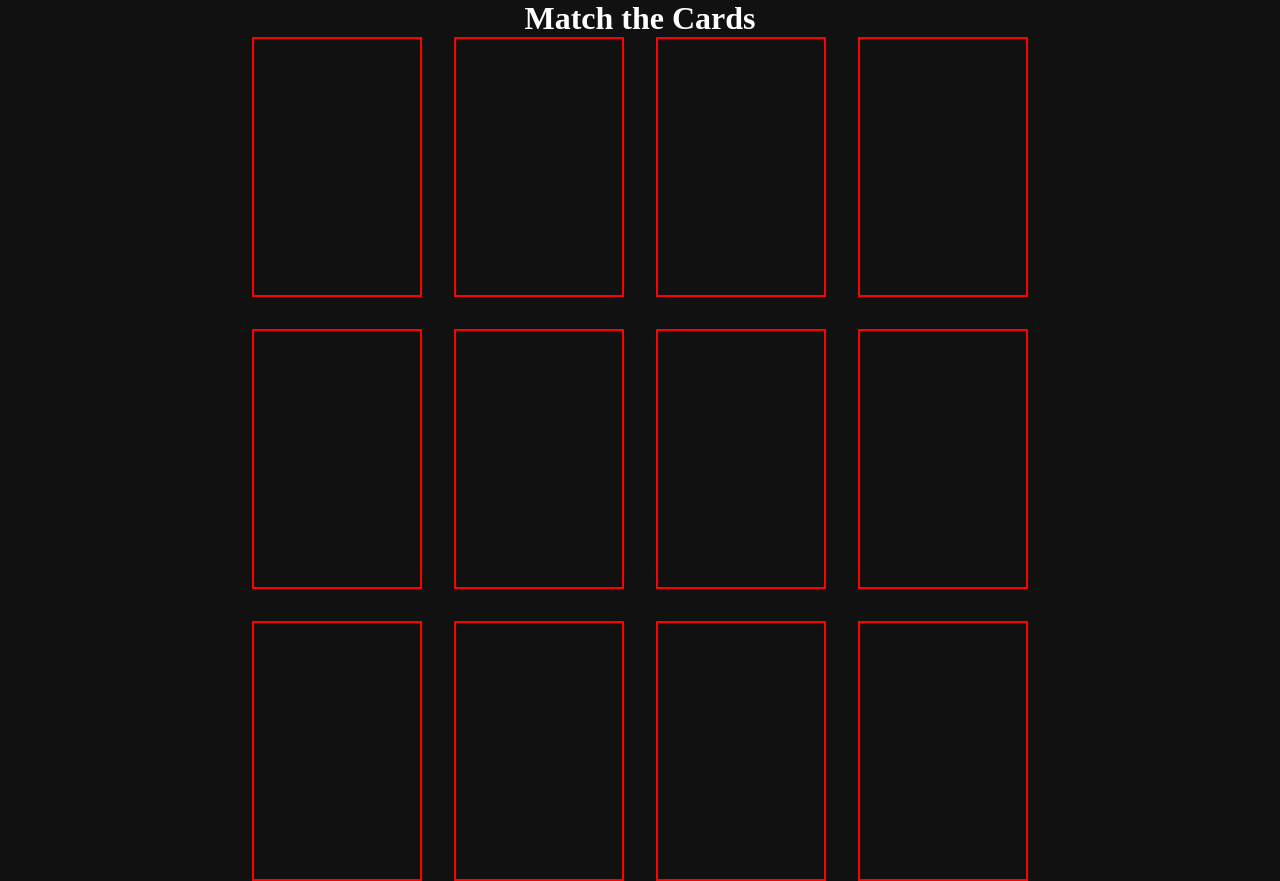
Repository: ThisIsSahaj/Js-Games
Page: MemoryCards/index.html
An editor plug-in stored every save of this project. The page is shown before and after a run of saves, followed by the edit.
The browser window is 1280 px wide. The pictures show the whole page.

Above is the page before, as saved 2024-05-16 15:34:47.

### MemoryCards/index.html
<!DOCTYPE html>
<html lang="en">
<head>
    <meta charset="UTF-8">
    <meta http-equiv="X-UA-Compatible" content="IE=edge">
    <meta name="viewport" content="width=device-width, initial-scale=1.0">
    <title>Memory Card Game</title>
    <link rel="stylesheet" href="style.css">
</head>
<body>
    <h1>Match the Cards</h1>
    <div  id="container">

    </div>
    <script src="script.js"></script>
</body>
</html>

### MemoryCards/style.css
*{
    margin: 0;
    padding: 0;
    box-sizing: border-box;
}

body{
    background-color: #111;
    color: white;
    font-family: Poppins;
    display: flex;
    flex-direction: column;
    justify-content: center;
    align-items: center;
}

img{
    width: 166.51px;
    height: 257.2px;
    /* border: 2px solid red; */
}
#container{
    /* border: 2px solid red; */
    display: grid;
    grid-template-columns: repeat(4,1fr);
    grid-gap: 2rem;

}
.card{
    /* border: 2px solid green; */
    width: 170px;
    height: 260px;
}

.cardSelected{
    border: 4px solid yellow;
}

.matchedCards{
    border: 4px solid green;
}


.cardBack, .cardFront{
    position: absolute;
}
.cardBack{
 border: 2px solid white;
 width: 170px;
 height: 260px;
}
.cardFront{
    border: 2px solid red;
    width: 170px;
    height: 260px;
}

### MemoryCards/script.js
data =[
    {
      image : 'images/jack_club.png',
      name : 'jack_club'
    },
    {
      image : 'images/jack_diamond.png',
      name : 'jack_diamond'
    },
    {
      image : 'images/queen_club.png',
      name : 'queen_club'
    },
    {
      image : 'images/queen_diamond.png',
      name : 'queen_diamond'
    },
    {
      image : 'images/king_club.png',
      name : 'king_club'
    },
    {
      image : 'images/king_diamond.png',
      name : 'king_diamond'
    },
];



const container = document.querySelector('#container');



const generateCards = (element) =>
{
  const card = document.createElement('div')
  card.classList.add('card');
  card.dataset.name = element.name;

  // card.style.backgroundImage = `url(${element.image})`;

  // cardHtml = `
  // <img src="${element.image}" alt="">
  // `

  // card.insertAdjacentHTML('afterbegin', cardHtml);
  container.appendChild(card);

  const cardBack = document.createElement('div');
  cardBack.classList.add('cardBack');
  // cardBack.style.backgroundImage = url(images/back.png);


  const cardFront = document.createElement('div');
  cardFront.classList.add('cardFront');

  card.appendChild(cardBack)
  card.appendChild(cardFront)
}



const cardsMatched = () => {
  let cards = document.querySelectorAll('.cardSelected');

  cards.forEach(element => {
    element.classList.add('matchedCards');
  });
}




let counter = 0;
let firstCard = "";
let secondCard = "";


const resetGame = () => {
  counter = 0;
  firstCard = "";
  secondCard = "";
  let cards = document.querySelectorAll('.cardSelected');

  cards.forEach(element => {
    element.classList.remove('cardSelected');
  });
}


const cardSelected = (element) => {
   let curCard = element;


   if (curCard.id === 'container') {
     return false;
    }

    if (counter < 2) {
      if (counter === 0) {
        firstCard = curCard.dataset.name;
        curCard.classList.add('cardSelected');
        // console.log(firstCard);
      }
      else{
        secondCard = curCard.dataset.name;
        curCard.classList.add('cardSelected');
        // console.log(secondCard);
      }
      counter++;
    }

    if (firstCard !== "" && secondCard !== "") {
      if (firstCard === secondCard) {

        setTimeout(() => {

          cardsMatched();
          resetGame();
        }, 500);
      }
      else{
        setTimeout(() => {

          resetGame();
        }, 1000);
      }
    }


}




// to double the array
const totalData = data.concat(data);

// to shuffle the array
const shuffledData = Array.from(totalData).sort( ()=> Math.random() - 0.5 ); // sorting is done alphabetically by default    // Math.random() returns random float no. btw 0 & 1





shuffledData.forEach(element => {
  generateCards(element);
  // generateCards(element);
});



container.addEventListener('click', (event)=> {
    // console.log(event.target);
    cardSelected(event.target);
})

After the next 3 saves:
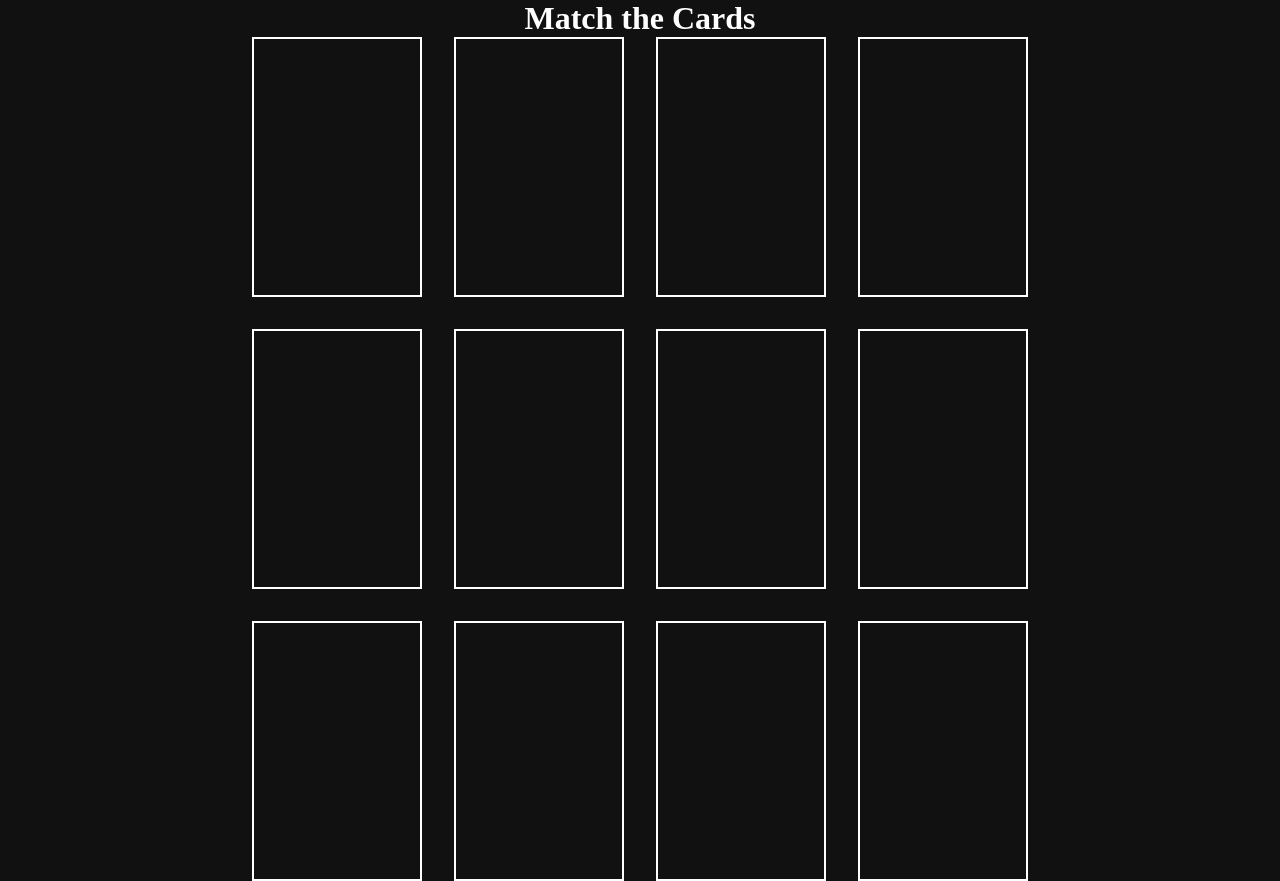
The 3 saves are shown as one change because they came seconds apart.
The last was saved 16 s later.
--- a/MemoryCards/script.js
+++ b/MemoryCards/script.js
@@ -54,8 +54,8 @@
   const cardFront = document.createElement('div');
   cardFront.classList.add('cardFront');
 
+  card.appendChild(cardFront)
   card.appendChild(cardBack)
-  card.appendChild(cardFront)
 }
 
 
